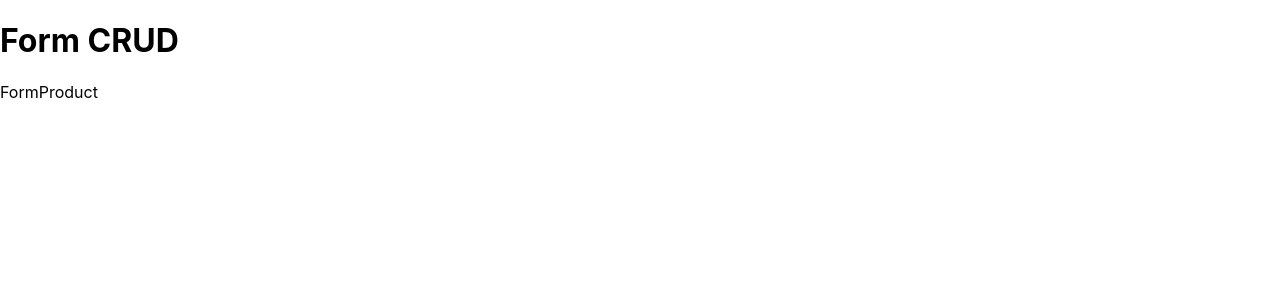
Repository: supakorn5039-boon/MERN
Page: / (app in client/)
The author's editor kept a copy of each file at every save. The page is drawn from the files as they stood at one save, then again after the next save.
The browser window is 1280 px wide. The pictures show the whole page.
The page's requests for data from a server got no answer. The project was rebuilt for these pictures with package versions that can differ from the ones it lists, and the page was loaded fresh each time. No one was signed in, and anything a server would have sent is missing. Also part of the build but not shown: client/src/App.css.

Above is the page before, as saved 2023-10-30 23:19:06.

After the next save:
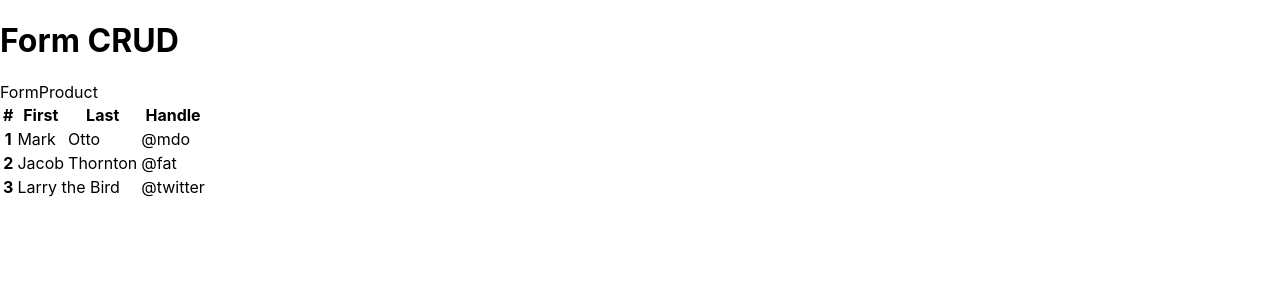
Saved 2 min 41 s later.
--- a/client/src/components/FormProduct.jsx
+++ b/client/src/components/FormProduct.jsx
@@ -17,7 +17,40 @@ const FormProduct = () => {
 
   console.log(data);
 
-  return <div>FormProduct</div>;
+  return (
+    <div>
+      FormProduct
+      <table class="table">
+        <thead>
+          <tr>
+            <th scope="col">#</th>
+            <th scope="col">First</th>
+            <th scope="col">Last</th>
+            <th scope="col">Handle</th>
+          </tr>
+        </thead>
+        <tbody>
+          <tr>
+            <th scope="row">1</th>
+            <td>Mark</td>
+            <td>Otto</td>
+            <td>@mdo</td>
+          </tr>
+          <tr>
+            <th scope="row">2</th>
+            <td>Jacob</td>
+            <td>Thornton</td>
+            <td>@fat</td>
+          </tr>
+          <tr>
+            <th scope="row">3</th>
+            <td colspan="2">Larry the Bird</td>
+            <td>@twitter</td>
+          </tr>
+        </tbody>
+      </table>
+    </div>
+  );
 };
 
 export default FormProduct;
